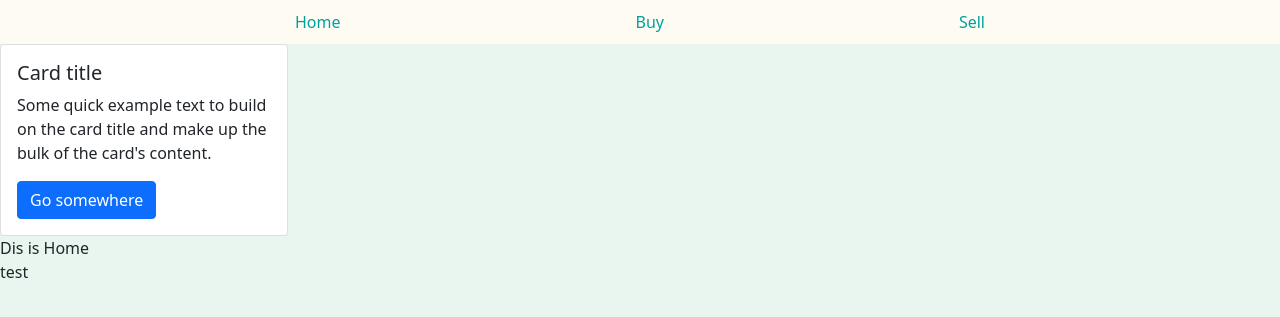
Repository: RiteshK555/itw-project
Page: http://localhost/
An editor plug-in stored every save of this project. The page is shown before and after a run of saves, followed by the edit.
The browser window is 1280 px wide. The pictures show the whole page.
The page is served by the project's application, run on Django 3.2 (student_olx/manage.py). Other server files are loaded and not shown.

Above is the page before, as saved 2021-09-17 14:52:32.

### student_olx/main/templates/main/home.html
{%extends 'main/base.html'%}
{%block title%}
This is Home Title
{%endblock%}
{%block content %}
Dis is Home
{%endblock %}

### student_olx/main/templates/main/base.html
{% load static%}
<!DOCTYPE html>
<!--[if lt IE 7]>      <html class="no-js lt-ie9 lt-ie8 lt-ie7"> <![endif]-->
<!--[if IE 7]>         <html class="no-js lt-ie9 lt-ie8"> <![endif]-->
<!--[if IE 8]>         <html class="no-js lt-ie9"> <![endif]-->
<!--[if gt IE 8]>      <html class="no-js"> <!--<![endif]-->
<html lang="en">
    <head>
        <meta charset="utf-8">
        <meta http-equiv="X-UA-Compatible" content="IE=edge">
        <title>{%block title%}This is Base Title{%endblock%}</title>
        <meta name="description" content="">
        <meta name="viewport" content="width=device-width, initial-scale=1">
        <link href="https://cdn.jsdelivr.net/npm/bootstrap@5.1.1/dist/css/bootstrap.min.css" rel="stylesheet" integrity="sha384-F3w7mX95PdgyTmZZMECAngseQB83DfGTowi0iMjiWaeVhAn4FJkqJByhZMI3AhiU" crossorigin="anonymous">
        <link rel="stylesheet" type="text/css" href="{% static 'main/style.css'%}">
    </head>
    <div class="header">
        <a href="/">Home</a>
        <a href="/buy">Buy</a>
        <a href="/sell">Sell</a>
    </div>
<div class="card" style="width: 18rem;">
  {% comment %} <img src="..." class="card-img-top" alt="..."> {% endcomment %}
  <div class="card-body">
    <h5 class="card-title">Card title</h5>
    <p class="card-text">Some quick example text to build on the card title and make up the bulk of the card's content.</p>
    <a href="#" class="btn btn-primary">Go somewhere</a>
  </div>
</div>
    <body>
    <div id="content">
    {%block content %}Dis is Base{% endblock %}

    </div>
    {{name}}
        <!--[if lt IE 7]>
            <p class="browsehappy">You are using an <strong>outdated</strong> browser. Please <a href="#">upgrade your browser</a> to improve your experience.</p>
        <![endif]-->
        <script src="https://cdn.jsdelivr.net/npm/bootstrap@5.1.1/dist/js/bootstrap.bundle.min.js" integrity="sha384-/bQdsTh/da6pkI1MST/rWKFNjaCP5gBSY4sEBT38Q/9RBh9AH40zEOg7Hlq2THRZ" crossorigin="anonymous"></script>
        <script src="" async defer></script>
    </body>
</html>

### student_olx/main/views.py
from django.http.response import HttpResponseRedirect
from django.shortcuts import render
from .models import ToDoList,Item
# Create your views here.
from django.http import HttpResponse
from .forms import CreateNewList
def index(response,id):
    lis=ToDoList.objects.get(id=id)
    return render(response,"main/base.html",{"name":lis})
def home(response):
    return render(response,"main/home.html",{"name":"test"})
def create(response):
    if response.method == "POST":
        form=CreateNewList(response.POST)
        if form.is_valid():
            n=form.cleaned_data["name"]
            m=ToDoList(name=n)
            m.save()
        return HttpResponseRedirect("/%i" %m.id)
    else:
        form=CreateNewList()
    return render(response,"main/create.html",{"form":form})
def buy(response):
    return render(response,"main/buy.html",{})
def sell(response):
    return render(response,"main/sell.html",{})

### student_olx/student_olx/urls.py
"""student_olx URL Configuration

The `urlpatterns` list routes URLs to views. For more information please see:
    https://docs.djangoproject.com/en/3.1/topics/http/urls/
Examples:
Function views
    1. Add an import:  from my_app import views
    2. Add a URL to urlpatterns:  path('', views.home, name='home')
Class-based views
    1. Add an import:  from other_app.views import Home
    2. Add a URL to urlpatterns:  path('', Home.as_view(), name='home')
Including another URLconf
    1. Import the include() function: from django.urls import include, path
    2. Add a URL to urlpatterns:  path('blog/', include('blog.urls'))
"""
from django.contrib import admin
from django.urls import path,include

urlpatterns = [
    path('admin/', admin.site.urls),
    path("",include("main.urls")),
]

### student_olx/main/urls.py
from django.urls import path
from . import views
urlpatterns =[
    path("<int:id>",views.index,name="index"),
    path("",views.home,name="home"),
    path("create/",views.create,name="create"),
    path("buy/",views.buy,name="buy"),
    path("sell/",views.sell,name="sell")
]

### student_olx/main/static/main/style.css
h1{
    color:green;
}
.header{
    display: flex;
    justify-content: space-evenly;
    padding-top: 10px;
    padding-bottom: 10px;
    background-color:#FEFBF3;
}
a{
    color:#00A19D;
    text-decoration: none;
}
body{
    margin:0;
    background-color:#E8F6EF;
}

After the next 2 saves:
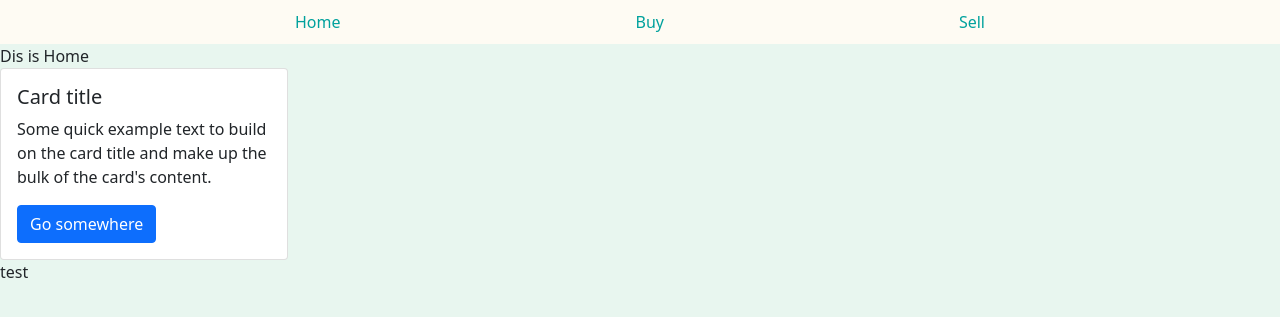
The 2 saves are shown as one change because they came seconds apart.
The last was saved 47 s later.
--- a/student_olx/main/templates/main/base.html
+++ b/student_olx/main/templates/main/base.html
@@ -19,6 +19,9 @@
         <a href="/buy">Buy</a>
         <a href="/sell">Sell</a>
     </div>
+    <body>
+    <div id="content">
+    {%block content %}Dis is Base{% endblock %}
 <div class="card" style="width: 18rem;">
   {% comment %} <img src="..." class="card-img-top" alt="..."> {% endcomment %}
   <div class="card-body">
@@ -27,10 +30,6 @@
     <a href="#" class="btn btn-primary">Go somewhere</a>
   </div>
 </div>
-    <body>
-    <div id="content">
-    {%block content %}Dis is Base{% endblock %}
-
     </div>
     {{name}}
         <!--[if lt IE 7]>
